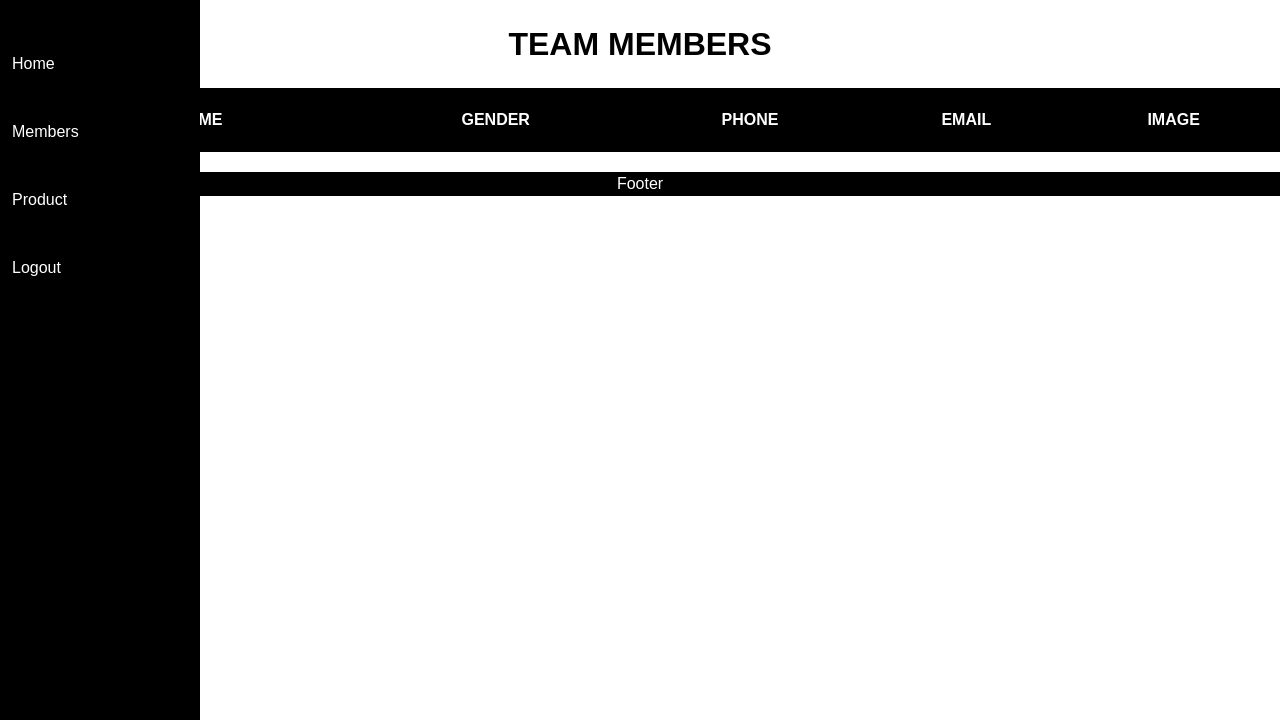
Repository: Eugene44-hub/SHRGroup46-capstone
Page: /members
An editor plug-in stored every save of this project. The page is shown before and after the next save, followed by the edit.
The browser window is 1280 px wide. The pictures show the whole page.
The page's requests for data from a server got no answer. The project was rebuilt for these pictures with package versions that can differ from the ones it lists, and the page was loaded fresh each time. No one was signed in, and anything a server would have sent is missing.

Above is the page before, as saved 2022-05-19 15:39:47.

After the next save:
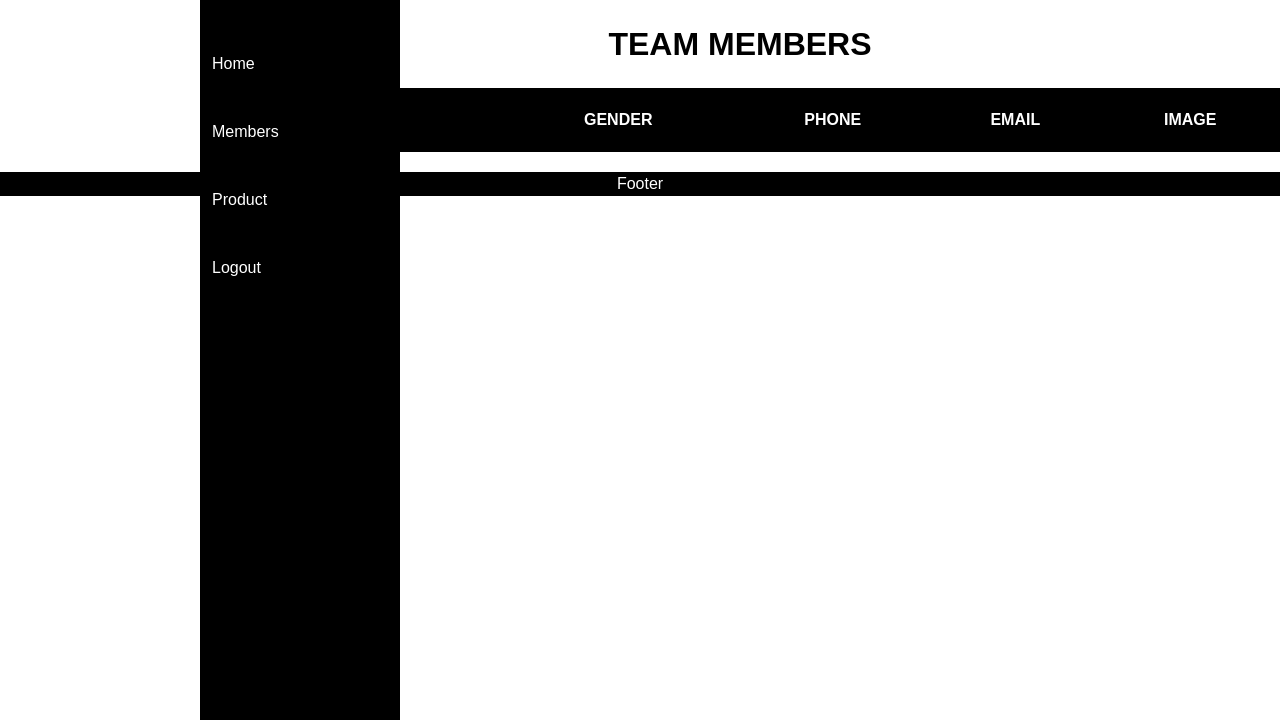
Saved 34 min 44 s later.
--- a/src/App.js
+++ b/src/App.js
@@ -56,6 +56,9 @@ function App() {
 
 <Suspense fallback={<h1>Loading...</h1>}>
   <Router>
+    <div className='ml-[200px]'>
+
+
   <Nav/>
 
 <Routes>
@@ -65,6 +68,7 @@ function App() {
 <Route path="/login" element={<Login/>} />
 <Route path="/members" element={<Members members={members}/>} />
 </Routes>
+</div>
 </Router>
 <Footer/>
 </Suspense>
